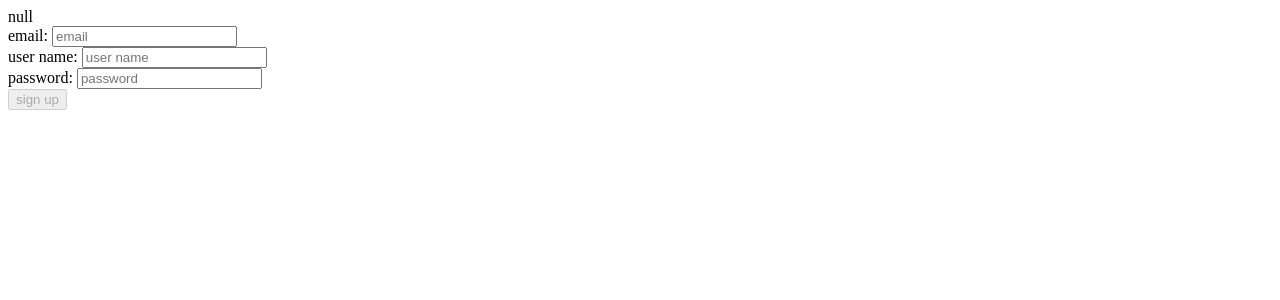
Repository: UnforgivenZZZ/bulldog
Page: http://localhost/bulldog/regist.jsp
The author's editor kept a copy of each file at every save. The page is drawn from the files as they stood at one save, then again after the next save.
The browser window is 1280 px wide. The pictures show the whole page.
The page is served by Tomcat 9.

Above is the page before, as saved 2017-07-08 19:39:25.

After the next save:
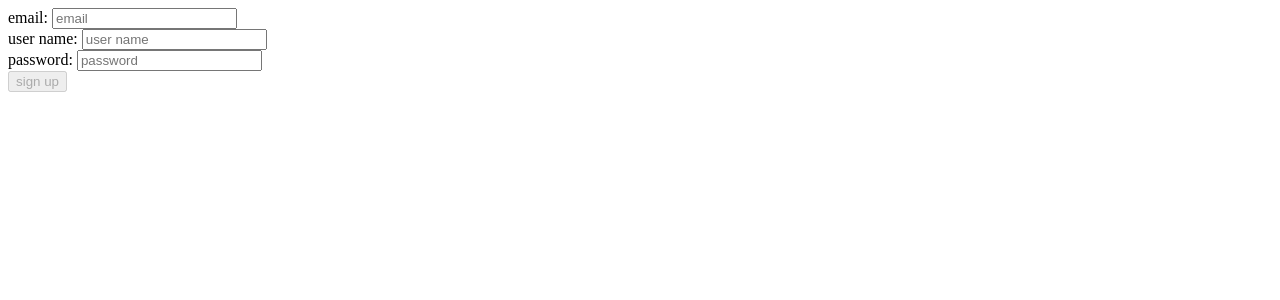
Saved 27 min 52 s later.
--- a/bulldog/WebContent/regist.jsp
+++ b/bulldog/WebContent/regist.jsp
@@ -7,7 +7,8 @@
 <title>Insert title here</title>
 </head>
 <body>
-<%=(String) session.getAttribute("err") %>
+
+<%=session.getAttribute("err") == null ? "" : (String) session.getAttribute("err") %>
 <form action="register" method="post" name="signform">
 
 email:  <input id="email" type="text" placeholder="email" name="contact" onKeyup="checkform()"><br>
